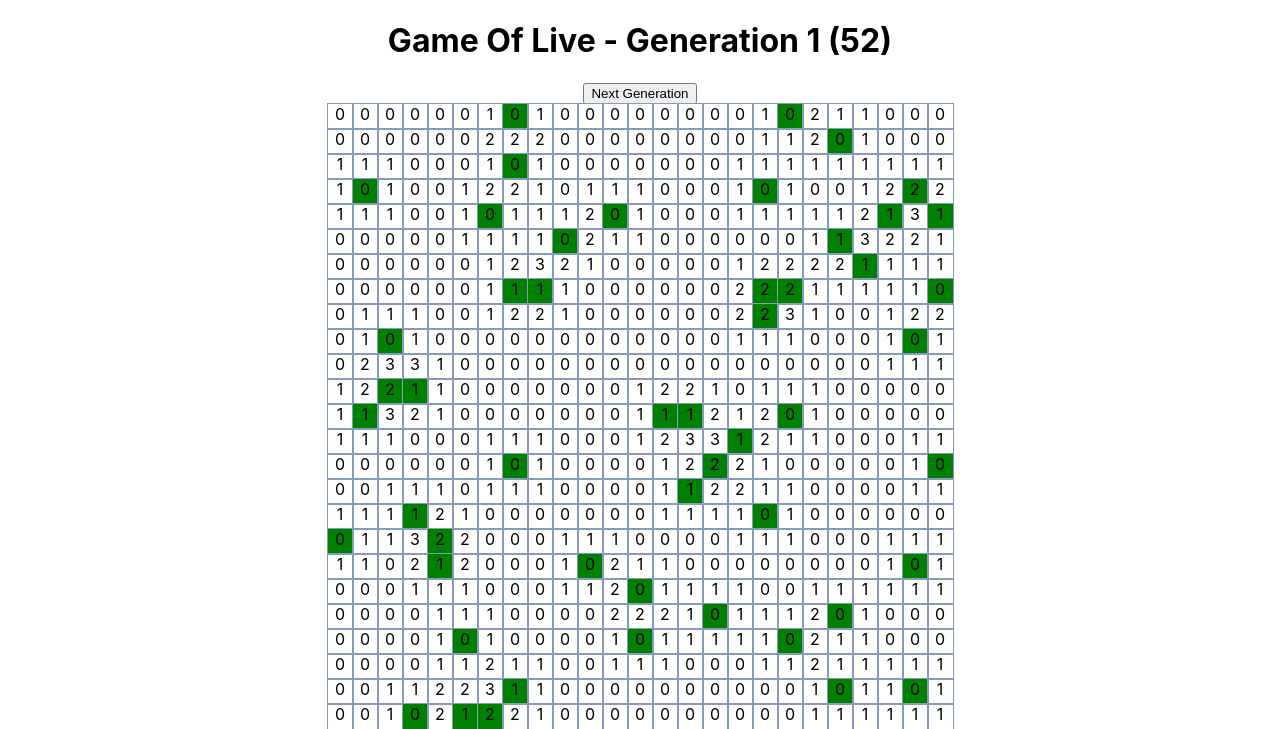
Repository: cfaguilera20/gol
Page: /
These files come from the project's save history. The page is drawn as it stood at one moment and after the next save; the edit follows.
The browser window is 1280 px wide. The pictures show the whole page.
The project was rebuilt for these pictures with package versions that can differ from the ones it lists, and the page was loaded fresh each time.

Above is the page before, as saved 2021-07-25 14:03:08.

### src/App.js
import './App.css';

import Board from './components/Board.jsx';

function App() {
    return (
        <div className="App">
            <Board />
        </div>
    );
}

export default App;

### src/components/Board.jsx
import React, { useState } from 'react';
import './Board.css';

const WORLD_SIZE = 25;
const WORLD_POPULATION = 90;

const Board = (props) => {
    const [world, setWorld] = useState(
        createWorld(WORLD_SIZE, WORLD_POPULATION)
    );
    const [generation, setGeneration] = useState(1);

    const onNextGeneration = () => {
        setGeneration(generation + 1);
        world.nextGeneration();
        setWorld(world);
    };

    return (
        <>
            <h1>
                Game Of Live - Generation {generation} (
                {world.currentPopulation})
            </h1>
            <button onClick={onNextGeneration}>Next Generation</button>
            <div className="world">
                {world.board.map((row, rowIdx) => (
                    <div key={rowIdx} className="row">
                        {row.map((isAlive, cellIdx) => {
                            const neighborsAlive =
                                world.getNeighborsAliveCounter(cellIdx, rowIdx);

                            const className = isAlive
                                ? 'cell cell-green'
                                : 'cell';

                            return (
                                <div key={cellIdx} className={className}>
                                    {neighborsAlive}
                                </div>
                            );
                        })}
                    </div>
                ))}
            </div>
        </>
    );
};

class World {
    constructor(size, population) {
        this.size = size;
        this.population = population;
        this.currentPopulation = 0;
        this.board = [];
        this.createBoard();
    }

    createBoard() {
        for (let y = 0; y < this.size; y++) {
            this.board[y] = [];
            for (let x = 0; x < this.size; x++) {
                const isAlive =
                    Math.random() > this.population / 100 ? true : false;
                this.board[y][x] = isAlive;
                this.currentPopulation += isAlive ? 1 : 0;
            }
        }
    }

    getNeighborsAliveCounter(x, y) {
        const neighbors = [];
        const neighborsIdx = [
            [1, 0],
            [-1, 0],
            [0, 1],
            [0, -1],
            [1, 1],
            [1, -1],
            [-1, 1],
            [-1, -1],
        ];
        neighborsIdx.forEach(([dx, dy]) => {
            const [nx, ny] = [x + dx, y + dy];
            if (nx >= 0 && nx < this.size && ny >= 0 && ny < this.size) {
                if (this.board[ny][nx] === true) {
                    neighbors.push(true);
                }
            }
        });

        return neighbors.length;
    }

    nextGeneration() {
        const nextBoard = [];
        for (let y = 0; y < this.size; y++) {
            nextBoard[y] = [];
            for (let x = 0; x < this.size; x++) {
                const isAlive = this.board[y][x];
                const nextIsAlive = this.getNeighborsAliveCounter(x, y) > 2;
                nextBoard[y][x] = nextIsAlive;
                this.currentPopulation += nextIsAlive - isAlive;
            }
        }

        this.board = nextBoard;
        return this;
    }
}

const createWorld = (WORLD_SIZE, WORLD_POPULATION) => {
    const board = new World(WORLD_SIZE, WORLD_POPULATION);
    return board;
};

export default Board;

### src/components/Board.css
.row {
    height: 25px;
}

.cell {
    width: 25px;
    height: 25px;
    outline: 1px solid rgb(134, 154, 189);
    display: inline-block;
}

.cell-green {
    background-color: green;
}

.cell-red {
    background-color: red;
}

.cell-purple {
    background-color: purple;
}

Loaded but not shown: public/index.html (common file); src/index.js (common file); src/index.css (common file); src/reportWebVitals.js (common file); src/App.css (common file)

After the next save:
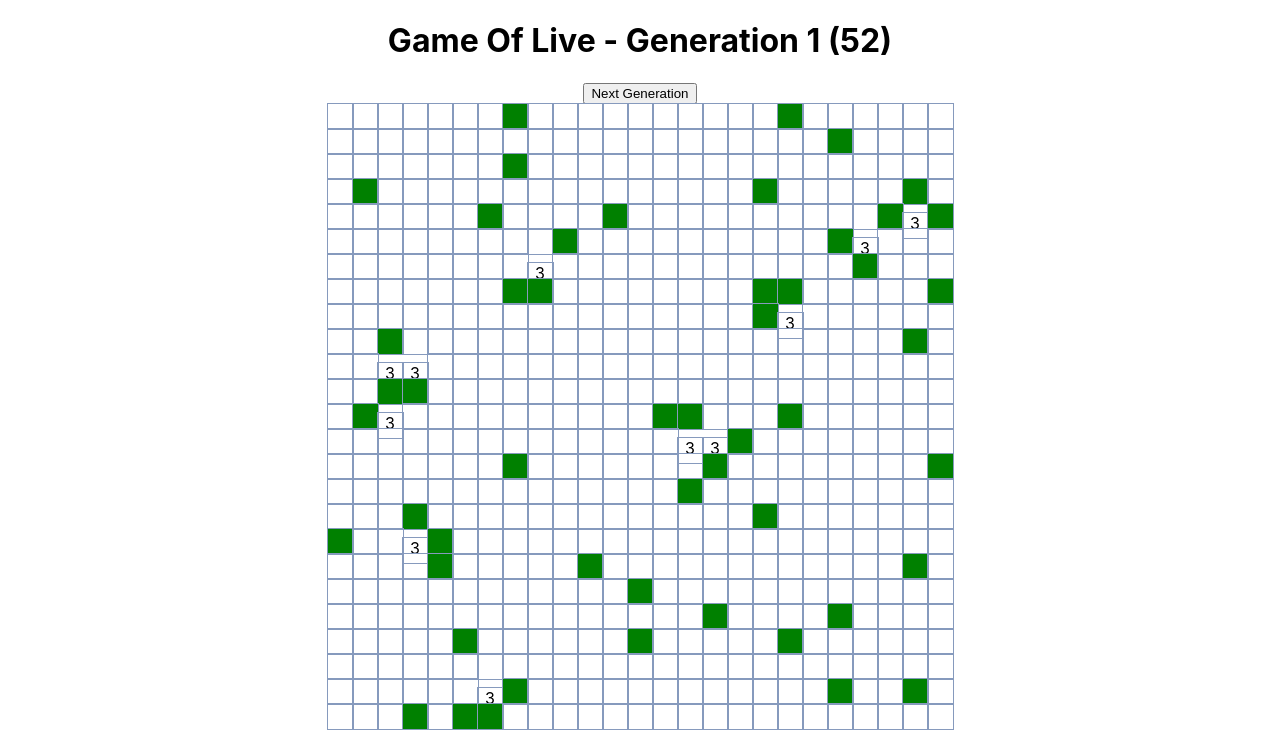
Saved 13 s later.
--- a/src/components/Board.jsx
+++ b/src/components/Board.jsx
@@ -36,7 +36,7 @@ const Board = (props) => {
 
                             return (
                                 <div key={cellIdx} className={className}>
-                                    {neighborsAlive}
+                                    {neighborsAlive > 2 ? neighborsAlive : ''}
                                 </div>
                             );
                         })}
